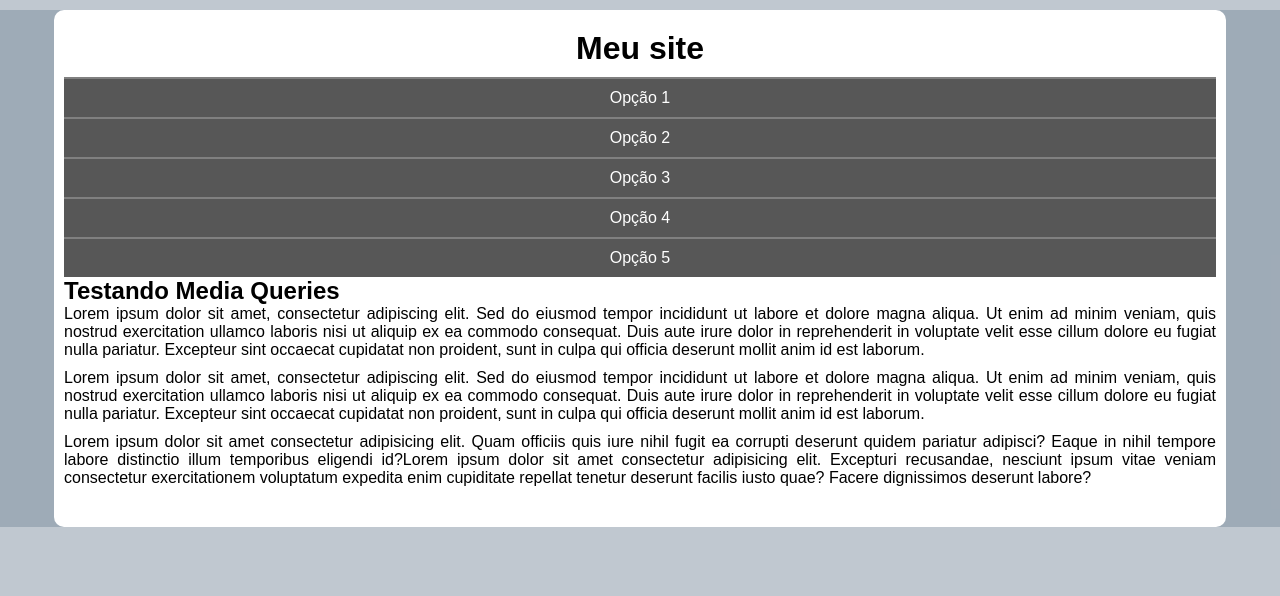
Repository: Sandro1969-tech/menu-hamburger
Page: index.html
These files come from the project's save history. The page is drawn as it stood at one moment and after the next save; the edit follows.
The browser window is 1280 px wide. The pictures show the whole page.

Above is the page before, as saved 2025-12-25 18:20:23.

After the next save:
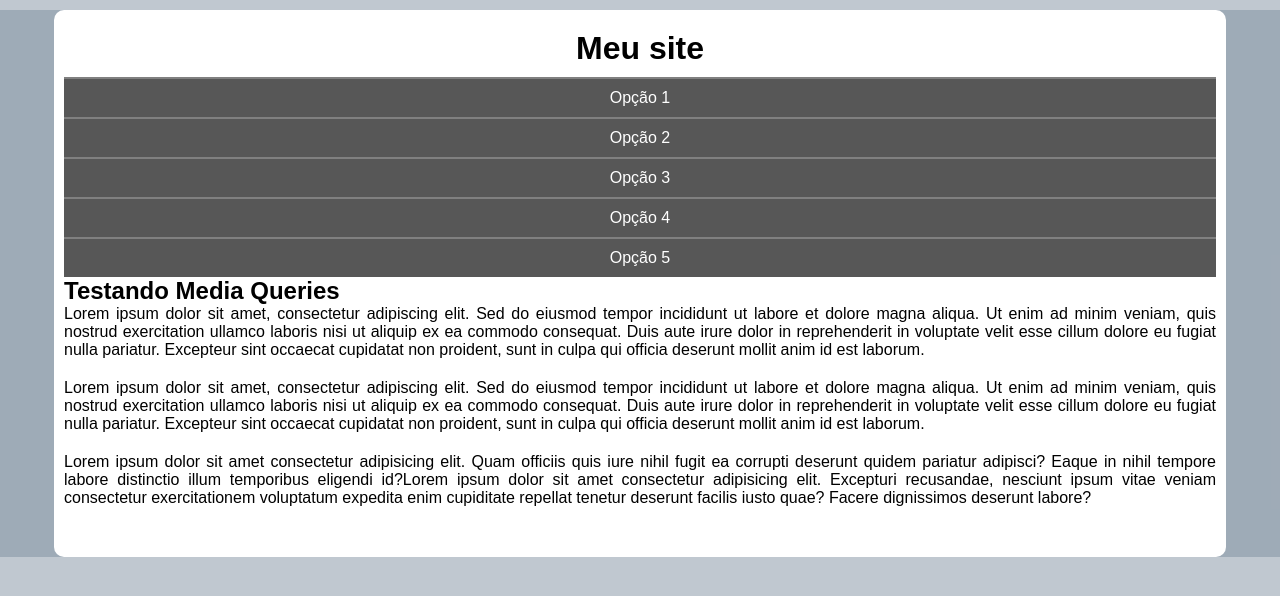
Saved 15 s later.
--- a/style.css
+++ b/style.css
@@ -53,6 +53,6 @@ article {
 }
 article > p {
     text-align: justify;
-    margin-bottom: 10px;
+    margin-bottom: 20px;
     text -indent: 20px;
 }
